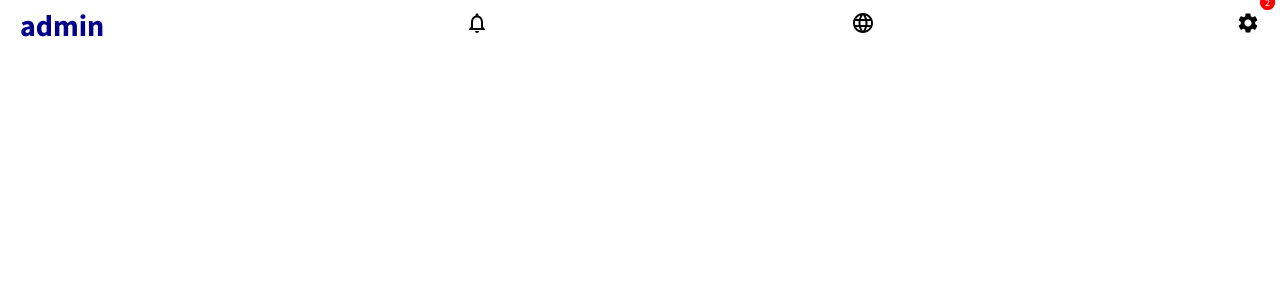
Repository: 109b28691/admin
Page: /users
The author's editor kept a copy of each file at every save. The page is drawn from the files as they stood at one save, then again after the next save.
The browser window is 1280 px wide. The pictures show the whole page.
The project was rebuilt for these pictures with package versions that can differ from the ones it lists, and the page was loaded fresh each time.

Above is the page before, as saved 2023-10-22 20:31:37.

### public/index.html
<!DOCTYPE html>
<html lang="en">

<head>
  <meta charset="utf-8" />
  <meta name="viewport" content="width=device-width, initial-scale=1" />
  <meta name="theme-color" content="#000000" />
  <meta name="description" content="Web site created using create-react-app" />
  <link href="https://fonts.googleapis.com/css2?family=Source+Sans+Pro:wght@200;300;400;600;700;900&display=swap"
    rel="stylesheet">
  <style>
    * {
      font-family: 'Source Sans Pro', sans-serif;
      margin: 0;
    }
  </style>
  <title>React App</title>
</head>

<body>
  <noscript>You need to enable JavaScript to run this app.</noscript>
  <div id="root"></div>
</body>

</html>

### src/App.js
import Topbar from "./components/topbar/Topbar";

function App() {
  return (
    <div>
      <Topbar />
    </div>
  );
}

export default App;

### src/components/topbar/Topbar.jsx
import React from 'react'
import "./topbar.css";
import { NotificationsNone, Language, Settings } from "@material-ui/icons";

export default function Topbar() {
  return (
    <div className='topbar'>
      <div className="topbarWrapper">
        <div className="topLeft">
          <span className="logo">admin</span>
        </div>
        <div className="topRight">
          <div className="topbarIconContainer">
            <NotificationsNone />
            <span className="topIconBadge">2</span>
          </div>
        </div>
        <div className="topbarIconContainer">
          <Language />
          <span className="topIconBadge">2</span>
        </div>
        <div className="topbarIconContainer">
          <Settings />
        </div>
      </div>
    </div>
  )
}

### src/components/topbar/topbar.css
.topbar {
  width: 100%;
  height: 50px;
  background-color: white;
}

.topbarWrapper {
  height: 100%;
  padding: 0px 20px;
  display: flex;
  align-items: center;
  justify-content: space-between;
}

.logo {
  font-weight: bold;
  font-size: 30px;
  color: darkblue;
  cursor: pointer;
}

.topIconBadge {
  width: 15px;
  height: 15px;
  position: absolute;
  top: -5px;
  right: 5px;
  background-color: red;
  color: white;
  border-radius: 50%;
  display: flex;
  align-items: center;
  justify-content: center;
  font-size: 10px;
}

Loaded but not shown: src/index.js (common file)

After the next save:
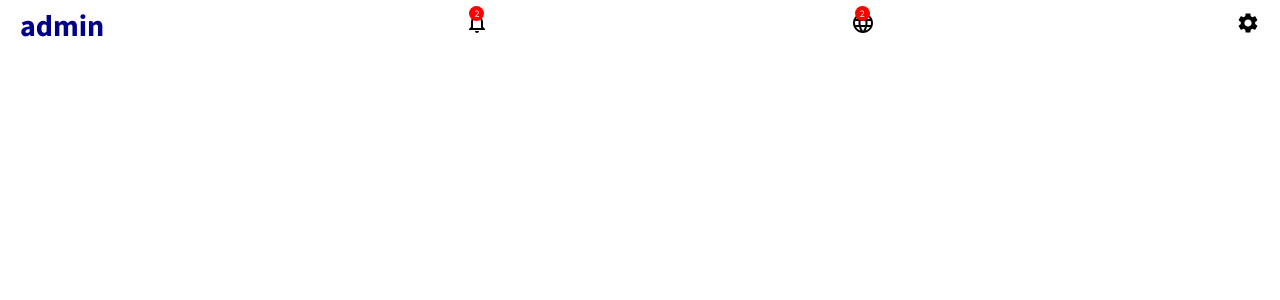
Saved 83 s later.
--- a/src/components/topbar/topbar.css
+++ b/src/components/topbar/topbar.css
@@ -19,6 +19,10 @@
   cursor: pointer;
 }
 
+.topbarIconContainer {
+  position: relative;
+}
+
 .topIconBadge {
   width: 15px;
   height: 15px;
